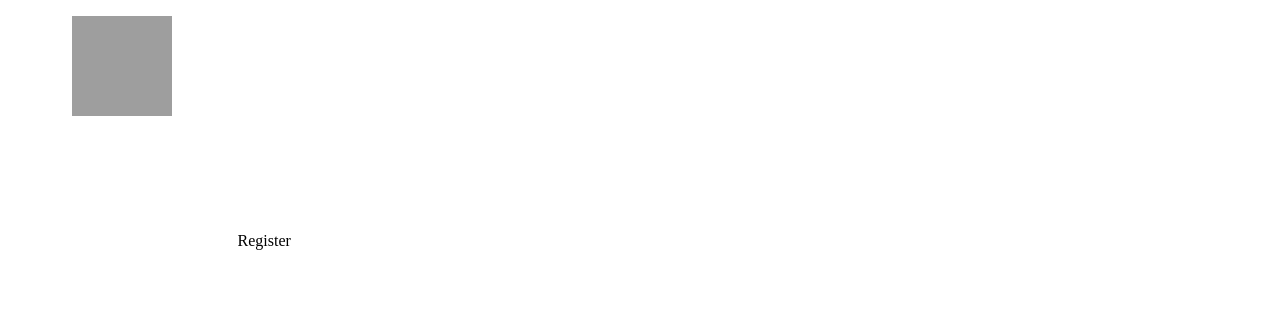
Repository: cb007/cbRepository
Page: http://localhost/SpringMvc/
These files come from the project's save history. The page is drawn as it stood at one moment and after the next save; the edit follows.
The browser window is 1280 px wide. The pictures show the whole page.
Pictures or frames that could not be fetched are drawn as grey boxes. The page is served by Tomcat 9. Other server files are loaded and not shown.

Above is the page before, as saved 2017-02-23 11:58:15.

### spring-hibernate/SpringMvc/WebContent/index.jsp
<%@ page language="java" contentType="text/html; charset=ISO-8859-1"
    pageEncoding="ISO-8859-1"%>
<!DOCTYPE html>
<html>
<head>
<meta http-equiv="Content-Type" content="text/html; charset=ISO-8859-1">
<title>Welcome To The World Of Banking</title>
<link type="text/css" rel="stylesheet" href="styles/main.css">
</head>
<body>
<section>
<img src="images/Standard_Chartered.svg">
</section>
<div>
<p>${message}</p>
</div>
<section class="menu">
<ul>Register</ul>
</section>
</body>
</html>

### spring-hibernate/SpringMvc/WebContent/WEB-INF/dispatcher-servlet.xml
<beans xmlns="http://www.springframework.org/schema/beans"
 xmlns:xsi="http://www.w3.org/2001/XMLSchema-instance"
  xmlns:mvc="http://www.springframework.org/schema/mvc"
  xmlns:context="http://www.springframework.org/schema/context"
  xmlns:tx="http://www.springframework.org/schema/tx"
  xsi:schemaLocation="http://www.springframework.org/schema/mvc
   http://www.springframework.org/schema/mvc/spring-mvc-3.0.xsd
        http://www.springframework.org/schema/beans
         http://www.springframework.org/schema/beans/spring-beans.xsd
        http://www.springframework.org/schema/tx
         http://www.springframework.org/schema/tx/spring-tx-3.0.xsd
        http://www.springframework.org/schema/context
         http://www.springframework.org/schema/context/spring-context-3.0.xsd">

 <mvc:annotation-driven/>
 <mvc:resources location="/images/" mapping="/images/**"/>
 <mvc:resources location="/styles/" mapping="/styles/**"/>
 <context:annotation-config></context:annotation-config>
 <context:component-scan base-package="com.scope.banking"></context:component-scan>

 <!-- view resolver /WEB-INF -->
 <bean class="org.springframework.web.servlet.view.InternalResourceViewResolver">
 	<property name="suffix" value=".jsp"></property>
 </bean>

</beans>

### spring-hibernate/SpringMvc/WebContent/styles/main.css
section
{
	width:10%;
	height:50px;
	margin-left: 5%;

	float:left;
}
div
{
	width:80%;
	height:200px;
	margin-left: 15%;

}
p
{
	margin-left: 25%;
}
img
{
	width:100px;
	height:100px;
	margin-left: 1%;
}
.menu
{
	width:80%;
	height:200px;
	margin-left: 15%;
}
ul li
{
	text-align: center;
}

### spring-hibernate/SpringMvc/src/com/scope/banking/controller/WelcomeController.java
package com.scope.banking.controller;

import org.springframework.stereotype.Controller;
import org.springframework.ui.ModelMap;
import org.springframework.web.bind.annotation.RequestMapping;
import org.springframework.web.bind.annotation.RequestMethod;

@Controller
public class WelcomeController {
	@RequestMapping(value="/welcome", method=RequestMethod.GET)
	public String welcomeMessage(ModelMap model){
		System.out.println("/welcome");
		model.addAttribute("message", "Welcome to Retail Workbench");
		return "index";

	}

	@RequestMapping(value="/product", method=RequestMethod.GET)
	public String happyMessage(ModelMap model){
		System.out.println("/product");
		model.addAttribute("message", "Thanks for applying products");
		return "product";

	}
}

After the next save:
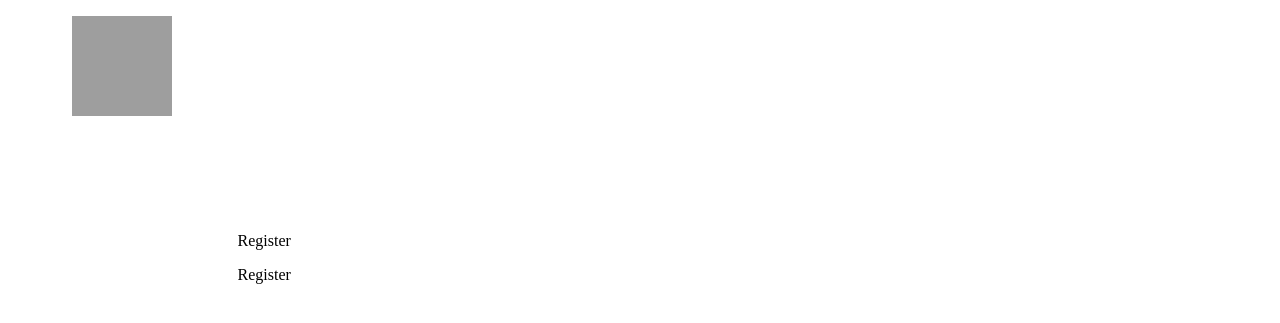
Saved 6 s later.
--- a/spring-hibernate/SpringMvc/WebContent/index.jsp
+++ b/spring-hibernate/SpringMvc/WebContent/index.jsp
@@ -16,6 +16,7 @@
 </div>
 <section class="menu">
 <ul>Register</ul>
+<ul>Register</ul>
 </section>
 </body>
 </html>
